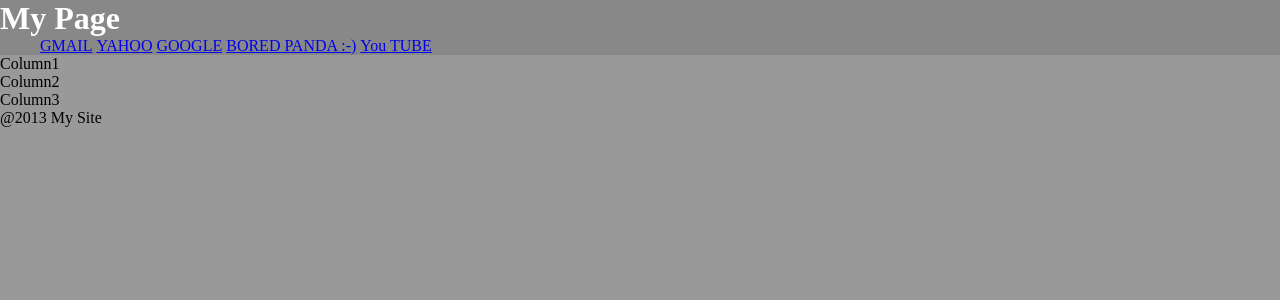
Repository: ShubhankarRaj/JavaCodingPractise
Page: Eclipse Workspace/myProject/src/htmlFiles/First.html
These files come from the project's save history. The page is drawn as it stood at one moment and after the next save; the edit follows.
The browser window is 1280 px wide. The pictures show the whole page.

Above is the page before, as saved 2014-06-03 19:10:16.

After the next save:
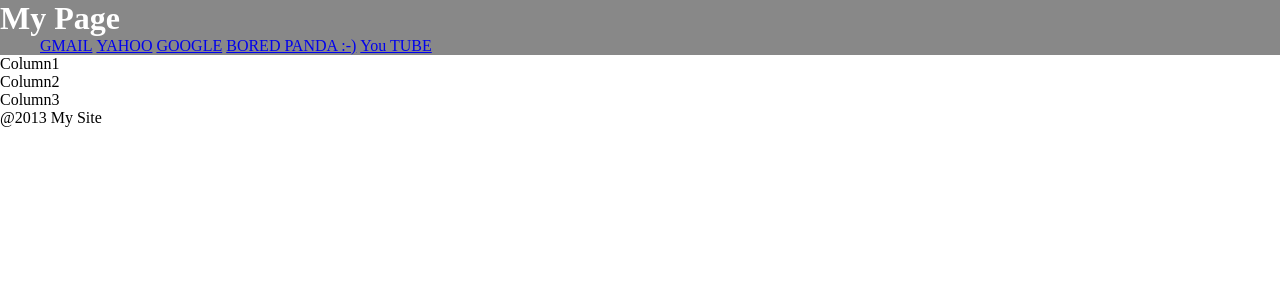
Saved 116 s later.
--- a/Eclipse Workspace/myProject/src/htmlFiles/main.css
+++ b/Eclipse Workspace/myProject/src/htmlFiles/main.css
@@ -1,7 +1,7 @@
 @CHARSET "ISO-8859-1";
 body{
 	margin:0;
-	background: #999;
+	background: gradient linear orange black;
 }
 header{
 	background: #888;
